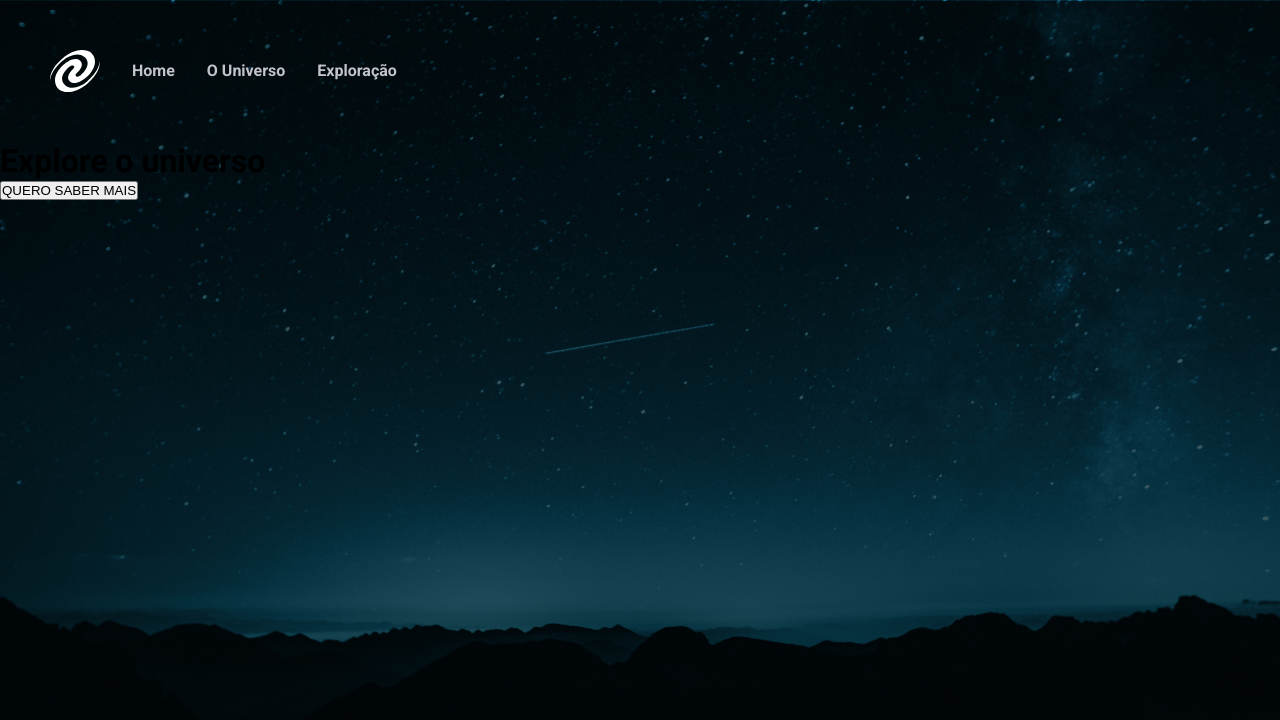
Repository: eltonneiferson/spaUniverse
Page: index.html
An editor plug-in stored every save of this project. The page is shown before and after a run of saves, followed by the edit.
The browser window is 1280 px wide. The pictures show the whole page.

Above is the page before, as saved 2022-10-26 22:10:15.

### index.html
<!DOCTYPE html>
<html lang="pt-br">

<head>
    <meta charset="UTF-8" />
    <meta http-equiv="X-UA-Compatible" content="IE=edge" />
    <meta name="viewport" content="width=device-width, initial-scale=1.0" />
    <meta name="author" content="Elton Neiferson" />
    <title>Universe</title>

    <link rel="stylesheet" href="stylle.css">
    <link rel="preconnect" href="https://fonts.googleapis.com">
    <link rel="preconnect" href="https://fonts.gstatic.com" crossorigin>
    <link href="https://fonts.googleapis.com/css2?family=Roboto:wght@700&display=swap" rel="stylesheet">
</head>

<body>
    <nav>
        <svg width="50" height="42" viewBox="0 0 50 42" fill="none" xmlns="http://www.w3.org/2000/svg">
            <path d="M31.5423 0.00979035C26.1727 0.174742 19.3604 2.47181 12.1375 8.73785C-2.6197 21.4919 0.219149 31.6427 0.219149 31.6427C0.219149 31.6427 -1.31407 22.7633 12.6765 10.655C19.9593 4.35869 28.9789 2.29019 34.5368 6.97206C39.5198 11.1696 38.7771 18.2731 30.3445 25.5381C27.0864 28.1212 23.6007 25.8307 27.0504 22.7633C27.4347 22.4396 27.7717 22.1194 28.0686 21.8047C31.2762 18.6232 33.7461 13.7222 29.9252 10.5036C25.3256 6.46755 17.5038 11.1696 14.054 14.237C3.12987 23.7622 2.8903 33.9231 9.02317 39.4122C13.2395 42.964 24.7506 44.3867 37.5913 33.4085C52.3485 20.6544 49.5097 10.5036 49.5097 10.5036C49.5097 10.5036 51.0429 19.3831 37.0523 31.4914C29.7695 37.7877 20.7499 39.9066 15.192 35.2248C10.209 31.0272 10.9517 23.9237 19.3844 16.6587C22.8341 13.9142 26.3078 16.1643 22.858 19.2317C22.4738 19.5554 22.1368 19.8756 21.8399 20.1903C18.6323 23.3718 16.1624 28.2728 19.9833 31.4914C24.5829 35.5275 32.2131 30.664 35.8545 27.758C46.9703 18.2328 47.0182 8.0719 40.8853 2.5828C39.0407 1.02891 35.7186 -0.118506 31.5423 0.00979035Z" fill="white" />
        </svg>
        <a href="/">Home</a>
        <a href="/universe.html">O Universo</a>
        <a href="/exploration.html">Exploração</a>
    </nav>
    <main>
        <h1>Explore o universo</h1>
        <button>QUERO SABER MAIS</button>
    </main>
</body>

</html>

### stylle.css
* {
    margin: 0;
    padding: 0;
    box-sizing: border-box;
    text-decoration: none;
}

:root {
    --default-font-color: white;
    --font-color-link: #C4C4CC;
    --default-font: 'Roboto', sans-serif;
}

body {
    min-height: 100vh;
    background-image: url(bkg1.png);
    background-position: bottom;
    background-size: cover;
    color: var(--font-color);
    font-family: var(--default-font);
}

nav {
    padding: 50px;
    display: flex;
    gap: 2rem;
    align-items: center;
}

nav a {
    color: var(--font-color-link);
    font-style: normal;
    font-weight: 400;
    line-height: 22px;
    font-size: ;
}

After the next 2 saves:
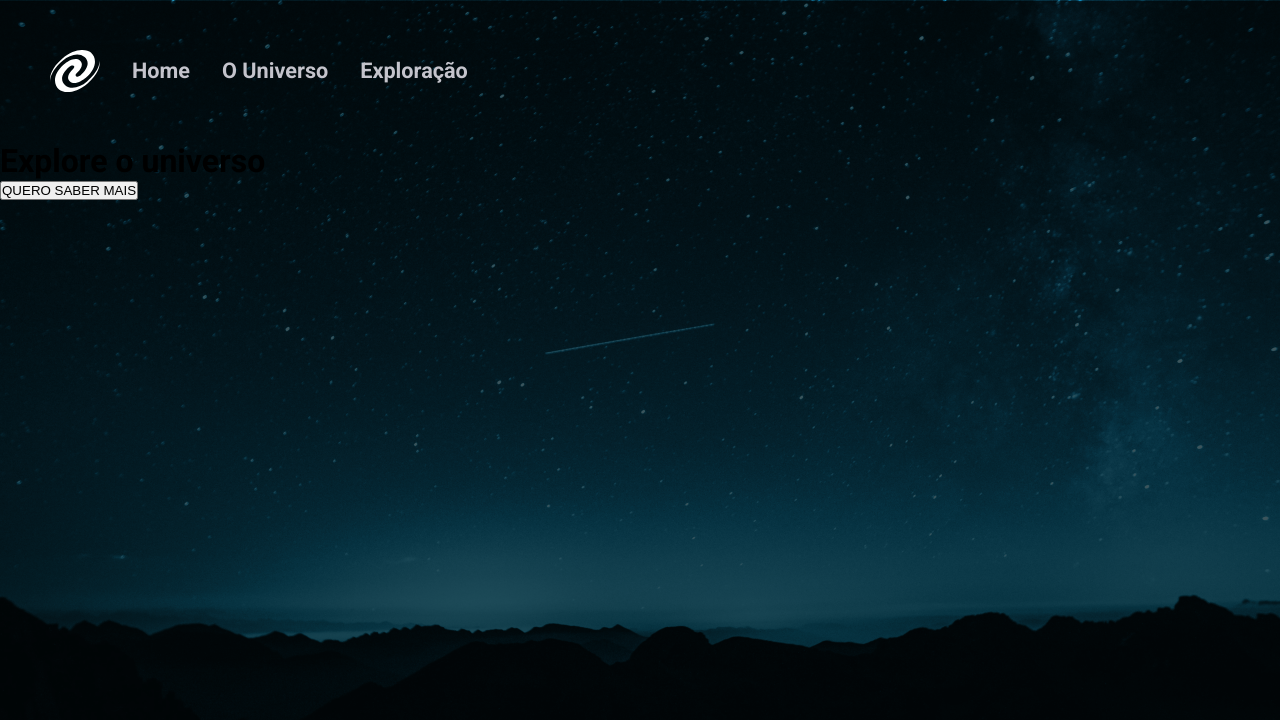
The 2 saves are shown as one change because they came seconds apart.
The last was saved 9 s later.
--- a/stylle.css
+++ b/stylle.css
@@ -32,5 +32,5 @@ nav a {
     font-style: normal;
     font-weight: 400;
     line-height: 22px;
-    font-size: ;
+    font-size: 21.66px;
 }
